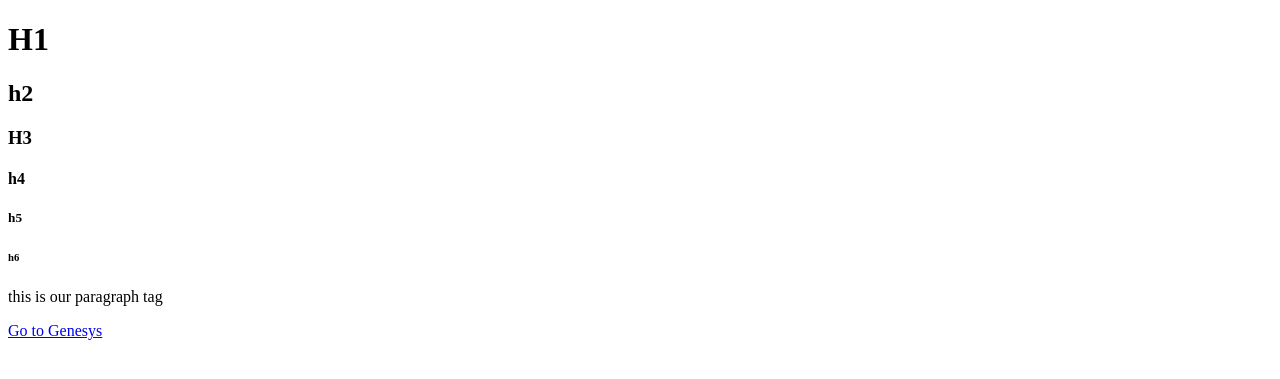
Repository: Ifenna-Pascal/firstRepo
Page: index.html
These files come from the project's save history. The page is drawn as it stood at one moment and after a run of saves; the edit follows.
The browser window is 1280 px wide. The pictures show the whole page.

Above is the page before, as saved 2023-07-14 12:14:45.

After the next 2 saves:
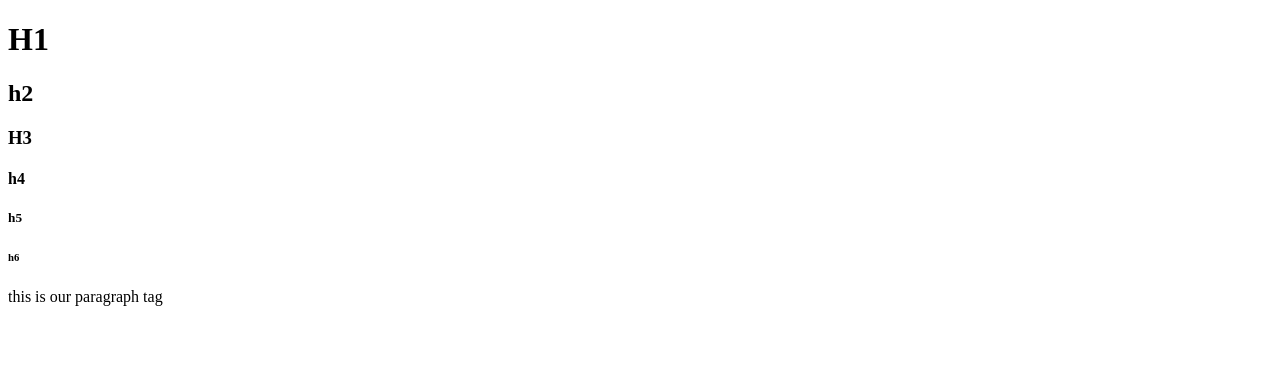
The 2 saves are shown as one change because they came seconds apart.
The last was saved 12 s later.
--- a/index.html
+++ b/index.html
@@ -36,6 +36,6 @@
         <span id="spanOne">Lorem ipsum dolor sit, amet consectetur adipisicing elit. Ipsum, consequuntur.t</span>
         <span>Lorem ipsum <b>dolor</b> sit amet consectetur.</span>
     </section> -->
-    <a href="https://www.genesystechhub.com/" title="Linkk" target="_blank">Go to Genesys</a>
+    <a href="https://www.genesystechhub.com/" title="Linkk" target="_blank">
 </body>
 </html>

After the 2 saves that followed:
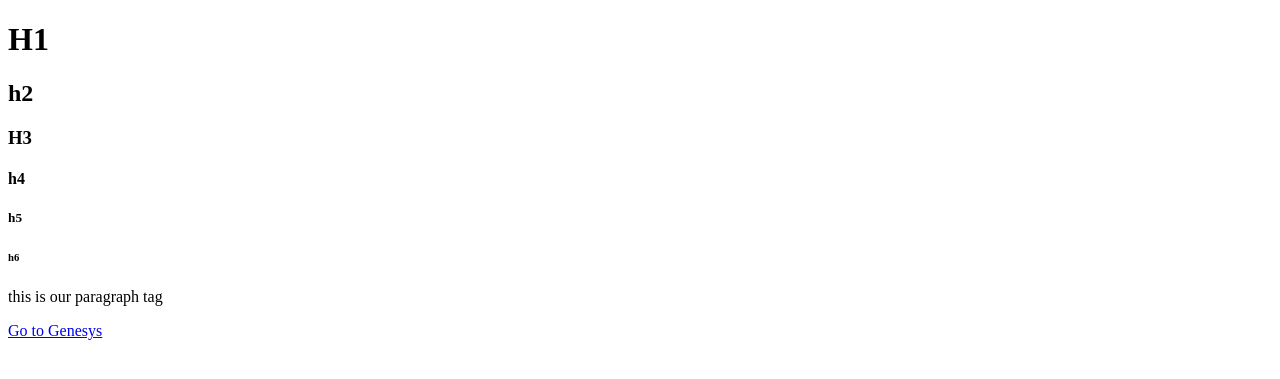
The 2 saves are shown as one change because 1 left the picture as it was.
The last was saved 12 s later.
--- a/index.html
+++ b/index.html
@@ -36,6 +36,6 @@
         <span id="spanOne">Lorem ipsum dolor sit, amet consectetur adipisicing elit. Ipsum, consequuntur.t</span>
         <span>Lorem ipsum <b>dolor</b> sit amet consectetur.</span>
     </section> -->
-    <a href="https://www.genesystechhub.com/" title="Linkk" target="_blank">
+    <a href="https://www.genesystechhub.com/" title="Linkk" target="_blank">Go to Genesys</a>
 </body>
 </html>
